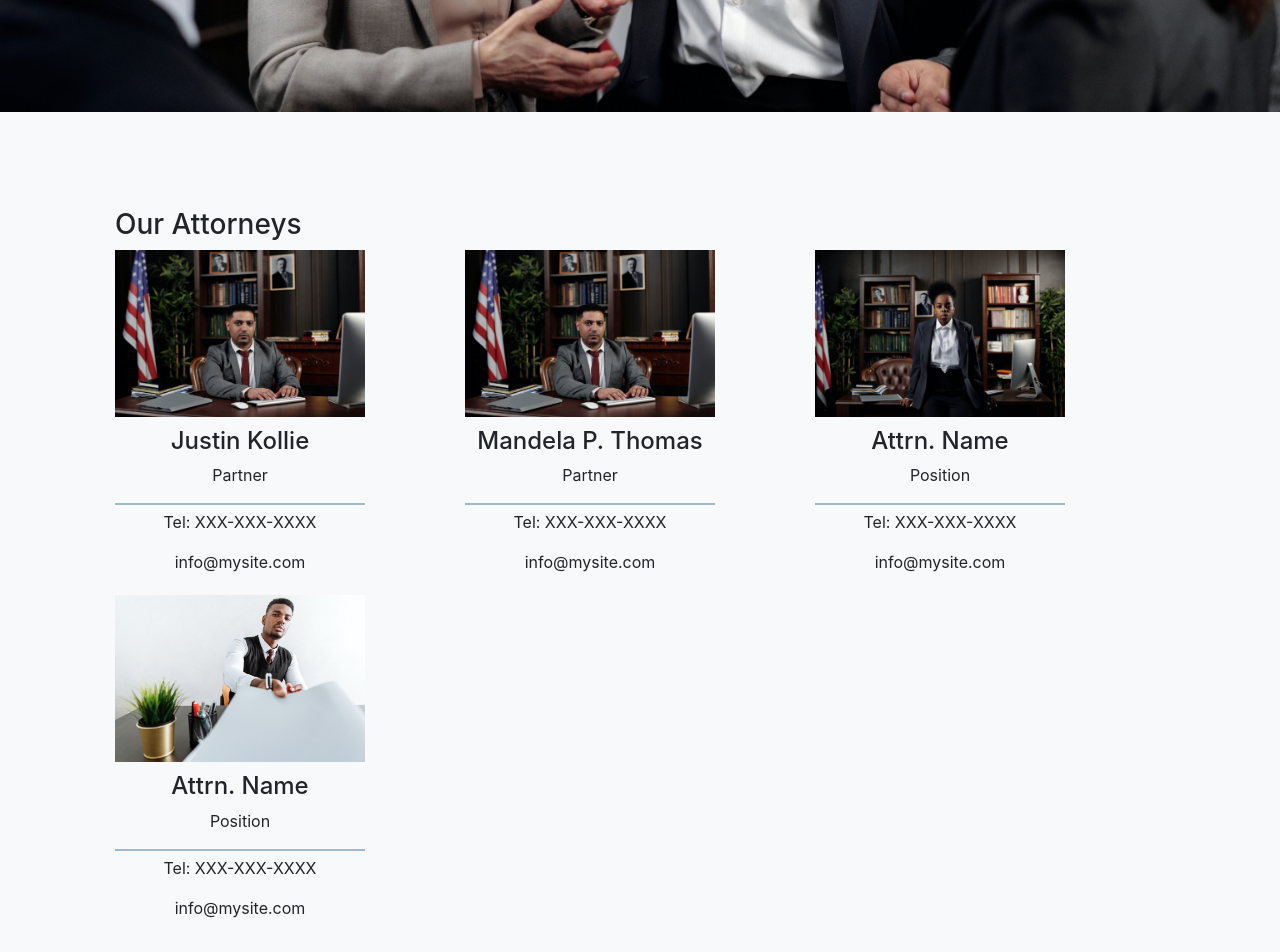
Repository: just-mann/kolllie-kolliellp
Page: index.html
An editor plug-in stored every save of this project. The page is shown before and after a run of saves, followed by the edit.
The browser window is 1280 px wide. The pictures show the part of the page from y = 2460 to 3412 px (the page is 4822 px tall before and 4862 px after).
Backgrounds fixed to the window are drawn as part of the page.

Above is the page before, as saved 2021-06-02 05:31:24.

After the next 9 saves:
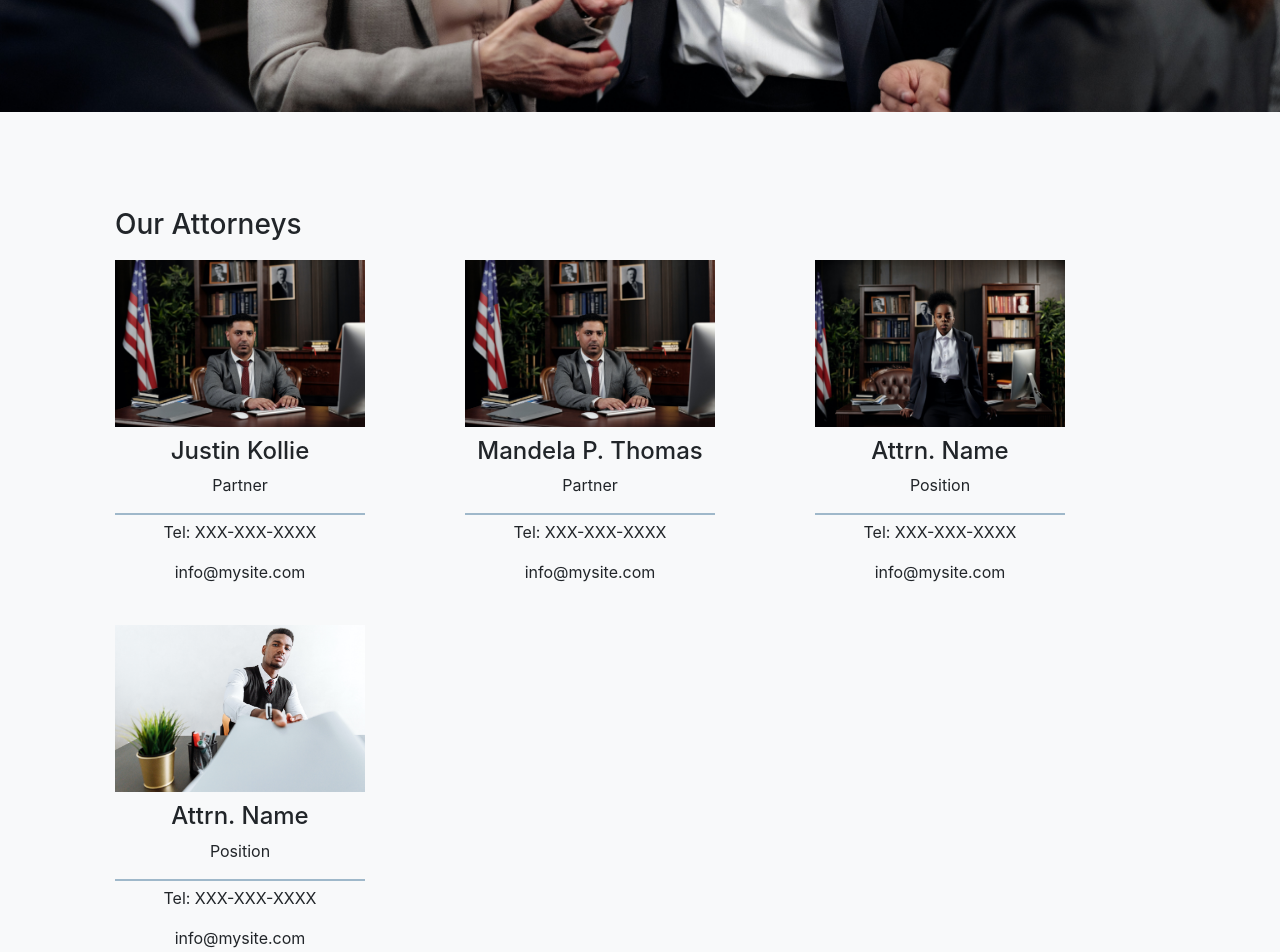
The 9 saves are shown as one change because they came seconds apart.
The last was saved 59 s later.
--- a/assets/css/style.css
+++ b/assets/css/style.css
@@ -267,6 +267,7 @@ form div input, textarea {
 
     .ourAttorneys .myContainer .attorneysDiv .attCard {
         width: 250px;
+        margin: 10px 0px;
     }
 
     .ourAttorneys .myContainer .attorneysDiv .attCard img {
